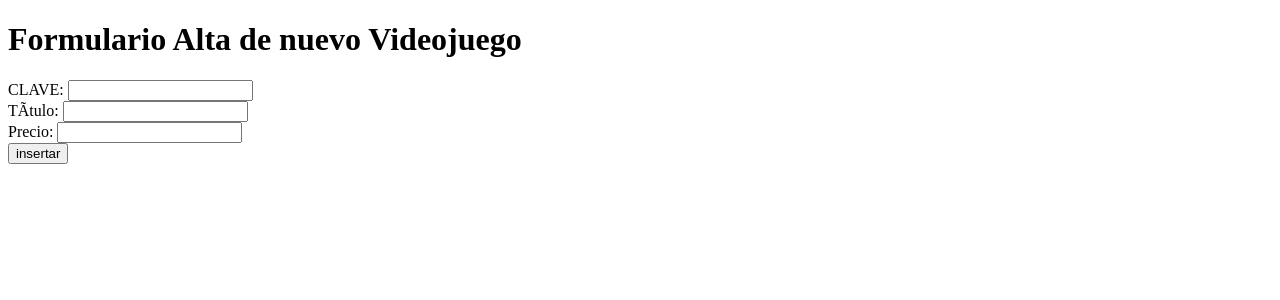
Repository: Jatziri16/JavaEE
Page: http://localhost/TiendaVideojuegos/FormularioInsertarVideojuego.jsp
These files come from the project's save history. The page is drawn as it stood at one moment and after the next save; the edit follows.
The browser window is 1280 px wide. The pictures show the whole page.
The page is served by Tomcat 9. Other server files are loaded and not shown.

Above is the page before, as saved 2023-12-06 02:06:34.

### TiendaVideojuegos/src/main/webapp/FormularioInsertarVideojuego.jsp
<!DOCTYPE html>
<html>
<head>
	<meta charset="UTF-8">
	<title>Formulario Alta Videojuego</title>
</head>
<body>
	<h1>Formulario Alta de nuevo Videojuego</h1>
	<form>
		CLAVE:
		<input type="text" name="cve"><br>
		Título:
		<input type="text" name="titulo"><br>
		Precio:
		<input type="text" name="precio"><br>
		<input type="button" value="insertar"><br>
	</form>
</body>
</html>

After the next save:
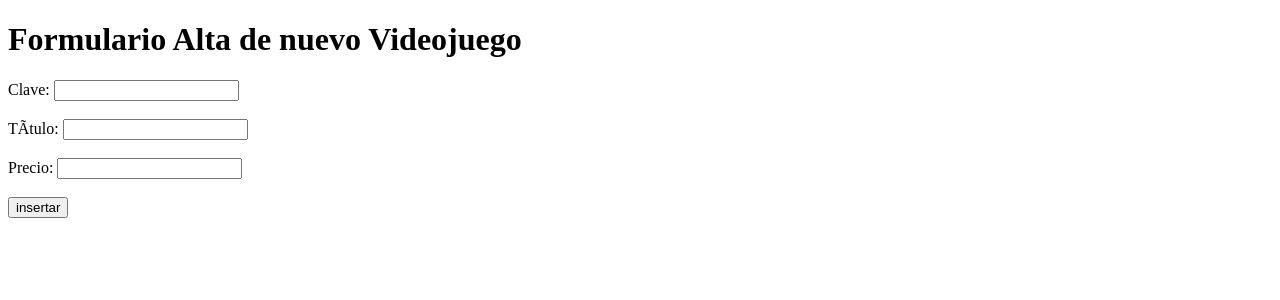
Saved 106 s later.
--- a/TiendaVideojuegos/src/main/webapp/FormularioInsertarVideojuego.jsp
+++ b/TiendaVideojuegos/src/main/webapp/FormularioInsertarVideojuego.jsp
@@ -7,13 +7,13 @@
 <body>
 	<h1>Formulario Alta de nuevo Videojuego</h1>
 	<form>
-		CLAVE:
-		<input type="text" name="cve"><br>
+		Clave:
+		<input type="text" name="cve"><br><br>
 		Título:
-		<input type="text" name="titulo"><br>
+		<input type="text" name="titulo"><br><br>
 		Precio:
-		<input type="text" name="precio"><br>
-		<input type="button" value="insertar"><br>
+		<input type="text" name="precio"><br><br>
+		<input type="button" value="insertar"><br><br>
 	</form>
 </body>
 </html>
